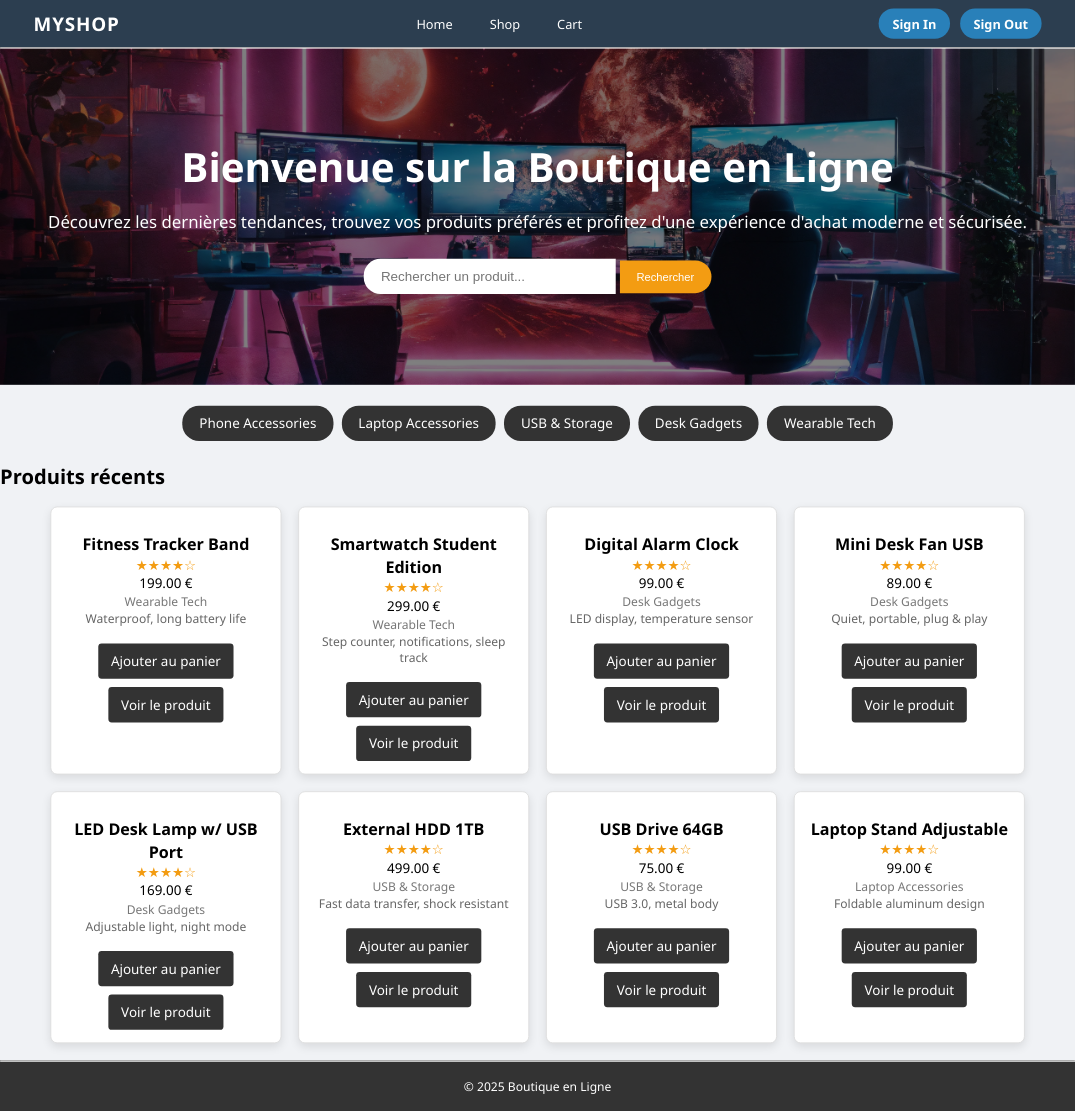
Repository: kiraj-walid/ecomerce
Page: http://localhost/
An editor plug-in stored every save of this project. The page is shown before and after the next save, followed by the edit.
The browser window is 1280 px wide. The pictures show the whole page, at 84% of full size.
The page is run by PHP 8.4 with error messages shown; the project is at /var/www/html/. The database holds what the project's SQL file puts in it. Queries for data that is not in the repository find no rows.

Above is the page before, as saved 2025-05-07 15:27:46.

After the next save:
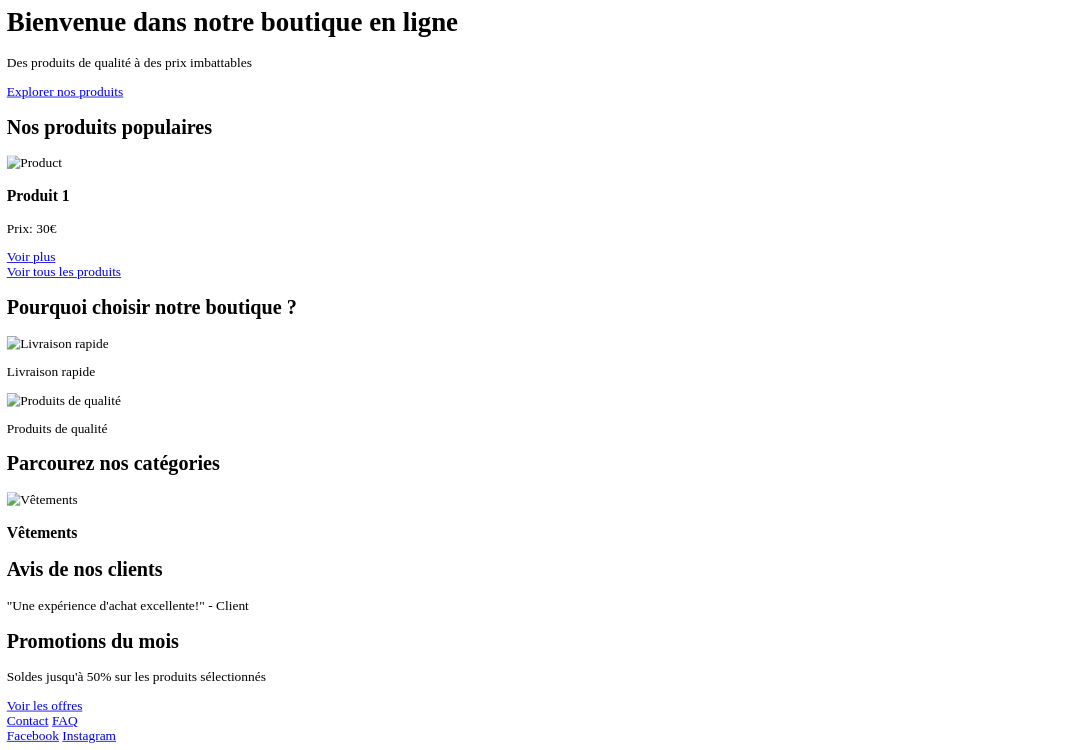
Not found: category-image.jpg
Not found: product-image.jpg
Not found: quality-icon.png
Saved 8 min 6 s later.
--- a/index.php
+++ b/index.php
@@ -1,73 +1,71 @@
-<?php
-require_once 'includes/db.php';
-require_once 'includes/functions.php';
-include 'includes/header.php';
-
-// Fetch the 8 latest products
-$products = $pdo->query('SELECT * FROM produits ORDER BY id DESC LIMIT 8')->fetchAll();
-
-// Fetch categories for quick filters
-$categories = $pdo->query("SELECT DISTINCT categorie FROM produits WHERE categorie IS NOT NULL AND categorie != ''")->fetchAll(PDO::FETCH_COLUMN);
-?>
-
-<div class="hero-section" style="background-image: url('assets/images/landingpage.webp');">
-    <div class="hero-overlay"></div>
-    <div class="hero-content">
-        <div class="hero-text">
-            <h1>Bienvenue sur la Boutique en Ligne</h1>
-            <p>Découvrez les dernières tendances, trouvez vos produits préférés et profitez d'une expérience d'achat moderne et sécurisée.</p>
-        </div>
-        <div class="hero-search">
-            <form action="search.php" method="GET">
-                <input type="text" name="q" placeholder="Rechercher un produit..." class="search-input">
-                <button type="submit" class="hero-btn">Rechercher</button>
-            </form>
-        </div>
-    </div>
+<div class="hero">
+    <h1>Bienvenue dans notre boutique en ligne</h1>
+    <p>Des produits de qualité à des prix imbattables</p>
+    <a href="#products" class="cta-btn">Explorer nos produits</a>
 </div>
 
-<?php if (!empty($categories)) : ?>
-    <div class="category-filters">
-        <?php foreach ($categories as $cat) : ?>
-            <a href="search.php?category=<?= urlencode($cat) ?>" class="category-card"><?= htmlspecialchars($cat) ?></a>
-        <?php endforeach; ?>
+<section id="featured-products">
+    <h2>Nos produits populaires</h2>
+    <div class="product-grid">
+        <!-- Product Cards (Repeat for each product) -->
+        <div class="product-card">
+            <img src="product-image.jpg" alt="Product">
+            <h3>Produit 1</h3>
+            <p>Prix: 30€</p>
+            <a href="product-detail-page.php" class="product-link">Voir plus</a>
+        </div>
+        <!-- Repeat for other products -->
     </div>
-<?php endif; ?>
+    <a href="all-products.php" class="view-all-btn">Voir tous les produits</a>
+</section>
 
-<h2 class="recent-products-title">Produits récents</h2>
+<section id="benefits">
+    <h2>Pourquoi choisir notre boutique ?</h2>
+    <div class="benefit">
+        <img src="shipping-icon.png" alt="Livraison rapide">
+        <p>Livraison rapide</p>
+    </div>
+    <div class="benefit">
+        <img src="quality-icon.png" alt="Produits de qualité">
+        <p>Produits de qualité</p>
+    </div>
+    <!-- Add more benefits -->
+</section>
 
-<?php if (count($products) === 0) : ?>
-    <p class="no-products">Aucun produit disponible.</p>
-<?php else : ?>
-    <div class="product-listing">
-        <?php foreach ($products as $prod) : ?>
-            <div class="product-card">
-                <?php
-                $stmt_imgs = $pdo->prepare('SELECT image FROM images_produit WHERE produit_id = ?');
-                $stmt_imgs->execute([$prod['id']]);
-                $images = $stmt_imgs->fetchAll(PDO::FETCH_COLUMN);
-                ?>
-                <div class="product-gallery">
-                    <?php if ($images && count($images) > 0): ?>
-                        <img src="assets/images/<?= htmlspecialchars($images[0]) ?>" alt="<?= htmlspecialchars($prod['nom']) ?>" class="product-image">
-                    <?php endif; ?>
-                </div>
-                <div class="product-info">
-                    <strong><?= htmlspecialchars($prod['nom']) ?></strong><br>
-                    <div class="product-rating">★★★★☆</div>
-                    <span><?= number_format($prod['prix'], 2) ?> €</span><br>
-                    <span class="product-category"><?= htmlspecialchars($prod['categorie']) ?></span><br>
-                    <div class="product-desc">
-                        <?= htmlspecialchars(mb_strimwidth($prod['description'], 0, 80, '...')) ?>
-                    </div>
-                    <div class="product-actions">
-                        <a href="cart.php?add=<?= $prod['id'] ?>" class="add-to-cart-btn">Ajouter au panier</a>
-                        <a href="product.php?id=<?= $prod['id'] ?>" class="product-details-btn">Voir le produit</a>
-                    </div>
-                </div>
-            </div>
-        <?php endforeach; ?>
+<section id="categories">
+    <h2>Parcourez nos catégories</h2>
+    <div class="category-grid">
+        <div class="category">
+            <img src="category-image.jpg" alt="Vêtements">
+            <h3>Vêtements</h3>
+        </div>
+        <!-- Repeat for other categories -->
     </div>
-<?php endif; ?>
+</section>
 
-<?php include 'includes/footer.php'; ?>
+<section id="testimonials">
+    <h2>Avis de nos clients</h2>
+    <div class="testimonial">
+        <p>"Une expérience d'achat excellente!" - Client</p>
+    </div>
+    <!-- Repeat for other testimonials -->
+</section>
+
+<section id="promotions">
+    <h2>Promotions du mois</h2>
+    <p>Soldes jusqu'à 50% sur les produits sélectionnés</p>
+    <a href="sales-page.php" class="promo-btn">Voir les offres</a>
+</section>
+
+<footer>
+    <div class="footer-links">
+        <a href="contact.php">Contact</a>
+        <a href="faq.php">FAQ</a>
+        <!-- More links -->
+    </div>
+    <div class="social-media">
+        <a href="facebook.com">Facebook</a>
+        <a href="instagram.com">Instagram</a>
+        <!-- More social links -->
+    </div>
+</footer>

After the save that followed:
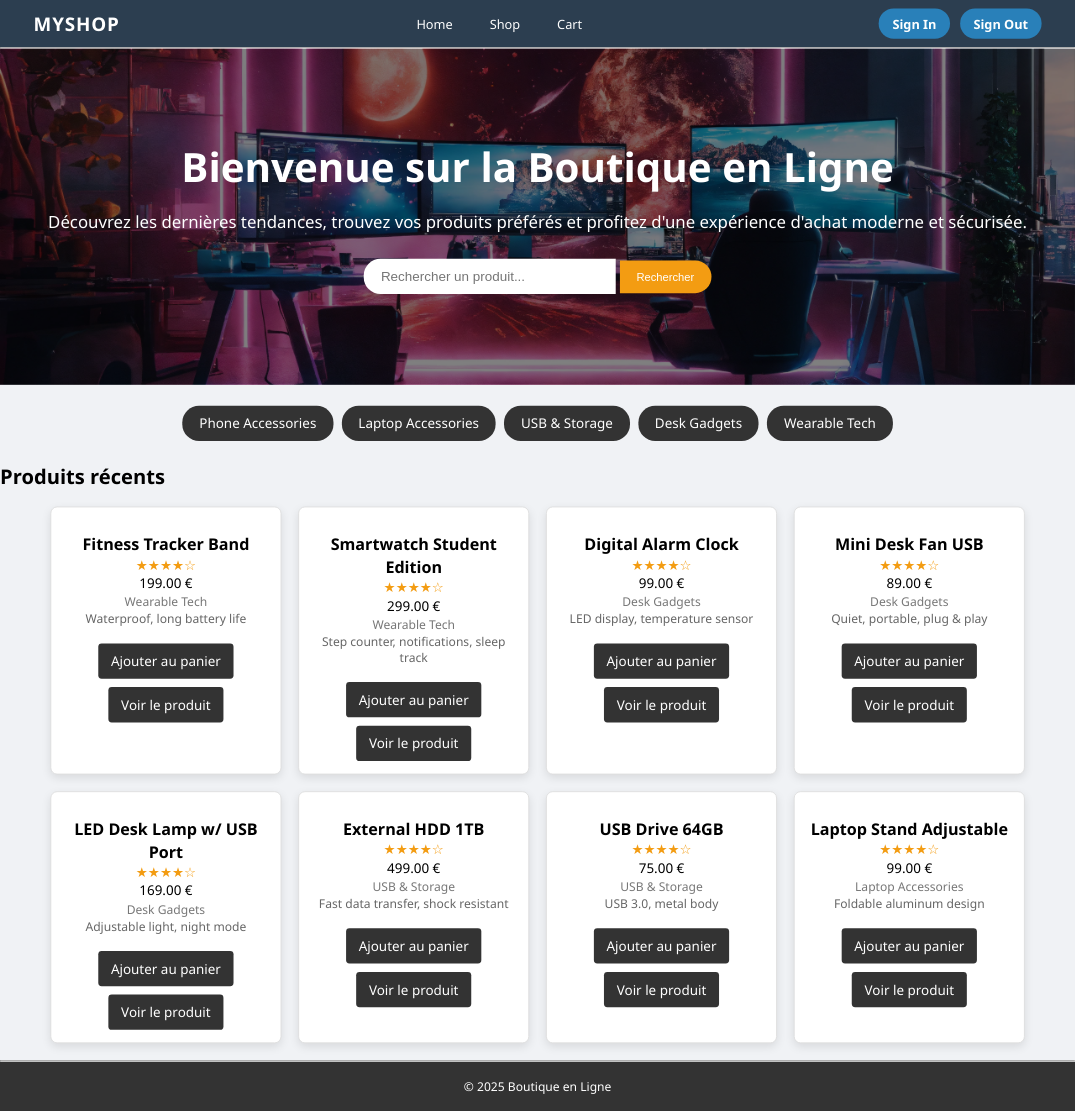
Saved 8 s later.
--- a/index.php
+++ b/index.php
@@ -1,71 +1,73 @@
-<div class="hero">
-    <h1>Bienvenue dans notre boutique en ligne</h1>
-    <p>Des produits de qualité à des prix imbattables</p>
-    <a href="#products" class="cta-btn">Explorer nos produits</a>
+<?php
+require_once 'includes/db.php';
+require_once 'includes/functions.php';
+include 'includes/header.php';
+
+// Fetch the 8 latest products
+$products = $pdo->query('SELECT * FROM produits ORDER BY id DESC LIMIT 8')->fetchAll();
+
+// Fetch categories for quick filters
+$categories = $pdo->query("SELECT DISTINCT categorie FROM produits WHERE categorie IS NOT NULL AND categorie != ''")->fetchAll(PDO::FETCH_COLUMN);
+?>
+
+<div class="hero-section" style="background-image: url('assets/images/landingpage.webp');">
+    <div class="hero-overlay"></div>
+    <div class="hero-content">
+        <div class="hero-text">
+            <h1>Bienvenue sur la Boutique en Ligne</h1>
+            <p>Découvrez les dernières tendances, trouvez vos produits préférés et profitez d'une expérience d'achat moderne et sécurisée.</p>
+        </div>
+        <div class="hero-search">
+            <form action="search.php" method="GET">
+                <input type="text" name="q" placeholder="Rechercher un produit..." class="search-input">
+                <button type="submit" class="hero-btn">Rechercher</button>
+            </form>
+        </div>
+    </div>
 </div>
 
-<section id="featured-products">
-    <h2>Nos produits populaires</h2>
-    <div class="product-grid">
-        <!-- Product Cards (Repeat for each product) -->
-        <div class="product-card">
-            <img src="product-image.jpg" alt="Product">
-            <h3>Produit 1</h3>
-            <p>Prix: 30€</p>
-            <a href="product-detail-page.php" class="product-link">Voir plus</a>
-        </div>
-        <!-- Repeat for other products -->
+<?php if (!empty($categories)) : ?>
+    <div class="category-filters">
+        <?php foreach ($categories as $cat) : ?>
+            <a href="search.php?category=<?= urlencode($cat) ?>" class="category-card"><?= htmlspecialchars($cat) ?></a>
+        <?php endforeach; ?>
     </div>
-    <a href="all-products.php" class="view-all-btn">Voir tous les produits</a>
-</section>
+<?php endif; ?>
 
-<section id="benefits">
-    <h2>Pourquoi choisir notre boutique ?</h2>
-    <div class="benefit">
-        <img src="shipping-icon.png" alt="Livraison rapide">
-        <p>Livraison rapide</p>
+<h2 class="recent-products-title">Produits récents</h2>
+
+<?php if (count($products) === 0) : ?>
+    <p class="no-products">Aucun produit disponible.</p>
+<?php else : ?>
+    <div class="product-listing">
+        <?php foreach ($products as $prod) : ?>
+            <div class="product-card">
+                <?php
+                $stmt_imgs = $pdo->prepare('SELECT image FROM images_produit WHERE produit_id = ?');
+                $stmt_imgs->execute([$prod['id']]);
+                $images = $stmt_imgs->fetchAll(PDO::FETCH_COLUMN);
+                ?>
+                <div class="product-gallery">
+                    <?php if ($images && count($images) > 0): ?>
+                        <img src="assets/images/<?= htmlspecialchars($images[0]) ?>" alt="<?= htmlspecialchars($prod['nom']) ?>" class="product-image">
+                    <?php endif; ?>
+                </div>
+                <div class="product-info">
+                    <strong><?= htmlspecialchars($prod['nom']) ?></strong><br>
+                    <div class="product-rating">★★★★☆</div>
+                    <span><?= number_format($prod['prix'], 2) ?> €</span><br>
+                    <span class="product-category"><?= htmlspecialchars($prod['categorie']) ?></span><br>
+                    <div class="product-desc">
+                        <?= htmlspecialchars(mb_strimwidth($prod['description'], 0, 80, '...')) ?>
+                    </div>
+                    <div class="product-actions">
+                        <a href="cart.php?add=<?= $prod['id'] ?>" class="add-to-cart-btn">Ajouter au panier</a>
+                        <a href="product.php?id=<?= $prod['id'] ?>" class="product-details-btn">Voir le produit</a>
+                    </div>
+                </div>
+            </div>
+        <?php endforeach; ?>
     </div>
-    <div class="benefit">
-        <img src="quality-icon.png" alt="Produits de qualité">
-        <p>Produits de qualité</p>
-    </div>
-    <!-- Add more benefits -->
-</section>
+<?php endif; ?>
 
-<section id="categories">
-    <h2>Parcourez nos catégories</h2>
-    <div class="category-grid">
-        <div class="category">
-            <img src="category-image.jpg" alt="Vêtements">
-            <h3>Vêtements</h3>
-        </div>
-        <!-- Repeat for other categories -->
-    </div>
-</section>
-
-<section id="testimonials">
-    <h2>Avis de nos clients</h2>
-    <div class="testimonial">
-        <p>"Une expérience d'achat excellente!" - Client</p>
-    </div>
-    <!-- Repeat for other testimonials -->
-</section>
-
-<section id="promotions">
-    <h2>Promotions du mois</h2>
-    <p>Soldes jusqu'à 50% sur les produits sélectionnés</p>
-    <a href="sales-page.php" class="promo-btn">Voir les offres</a>
-</section>
-
-<footer>
-    <div class="footer-links">
-        <a href="contact.php">Contact</a>
-        <a href="faq.php">FAQ</a>
-        <!-- More links -->
-    </div>
-    <div class="social-media">
-        <a href="facebook.com">Facebook</a>
-        <a href="instagram.com">Instagram</a>
-        <!-- More social links -->
-    </div>
-</footer>
+<?php include 'includes/footer.php'; ?>
